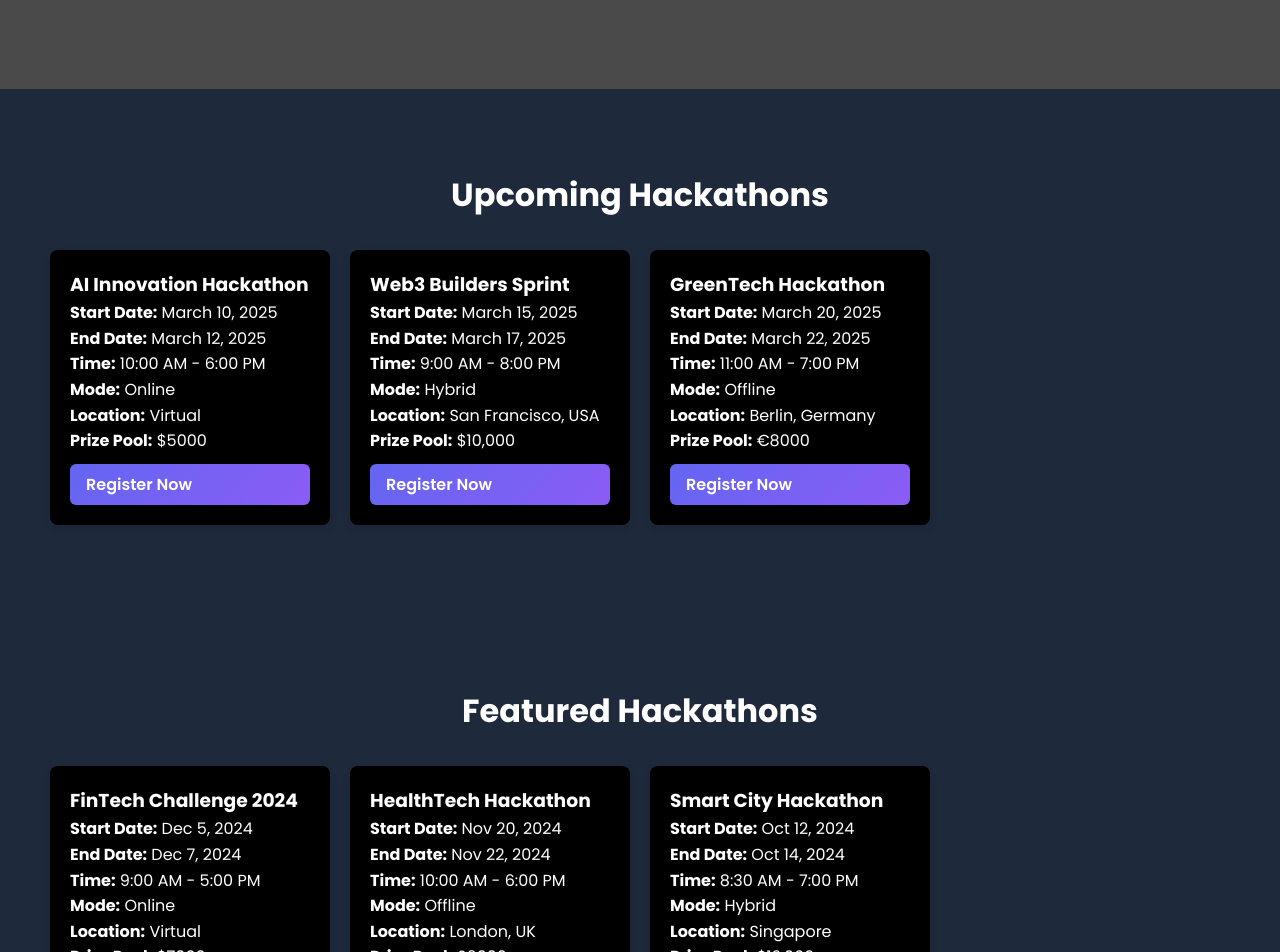
Repository: masihuddin-tech/Hackathon-Project
Page: index.html
The author's editor kept a copy of each file at every save. The page is drawn from the files as they stood at one save, then again after a run of saves.
The browser window is 1280 px wide. The pictures show the part of the page from y = 631 to 1583 px (the page is 1816 px tall).
Pictures or frames that could not be fetched are drawn as grey boxes. Backgrounds fixed to the window are drawn as part of the page.

Above is the page before, as saved 2025-09-07 12:56:03.
Not found: app.js

After the next 9 saves:
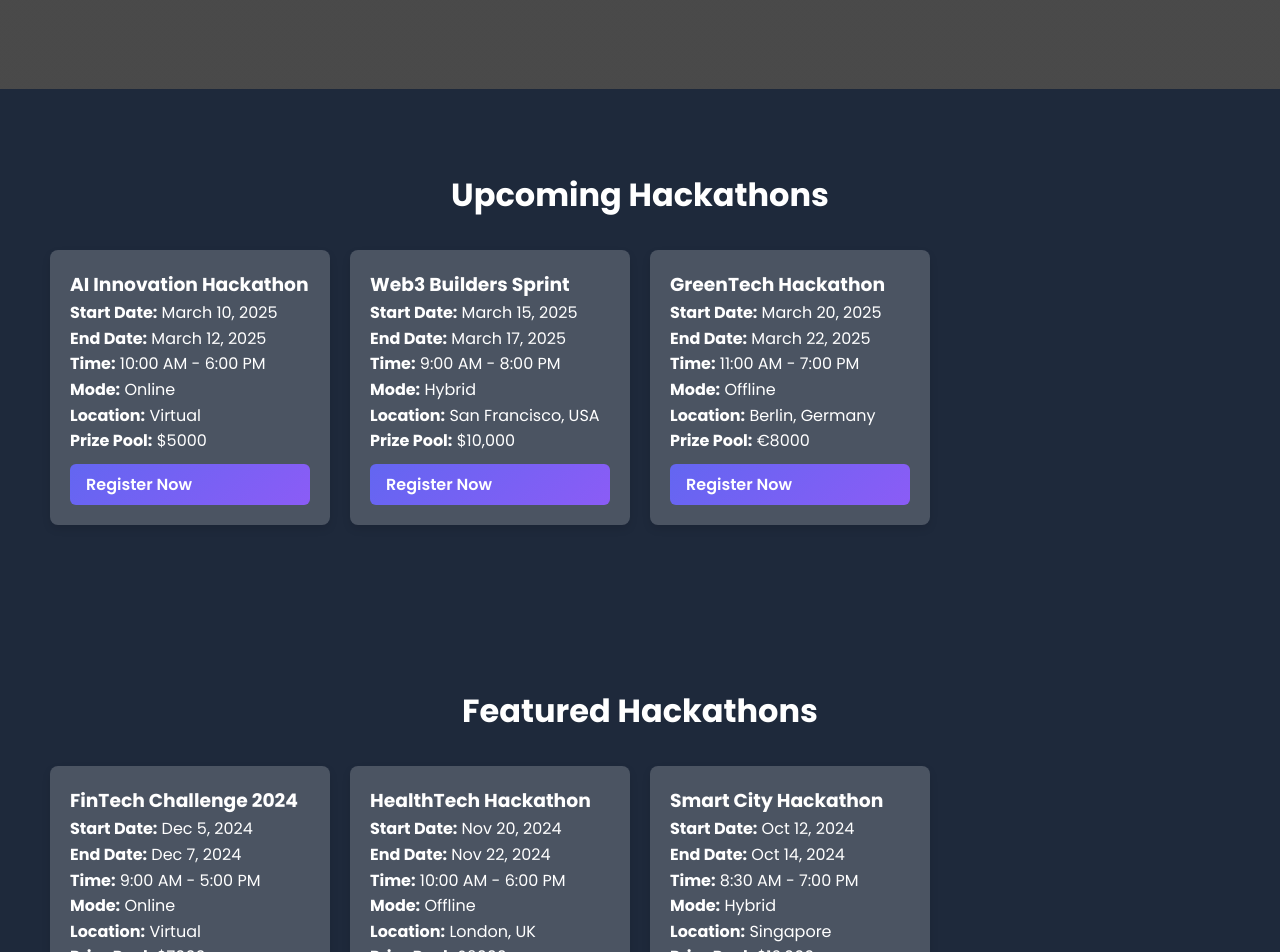
The 9 saves are shown as one change because they came seconds apart.
The last was saved 42 s later.
--- a/style.css
+++ b/style.css
@@ -195,7 +195,7 @@ body {
 }
 
 .card {
-  background: rgb(0, 0, 0);
+  background: rgb(255, 255, 255, 0.2);
   border-radius: 8px;
   padding: 20px;
   box-shadow: 0 4px 8px rgba(0,0,0,0.1);
